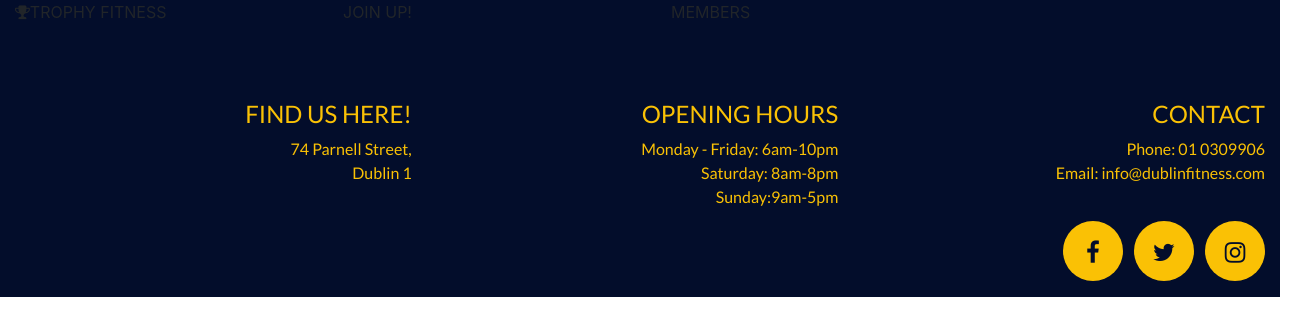
Repository: Code-Institute-Submissions/conbonbom-Milestone-project-1
Page: index.html
The author's editor kept a record of every edit. The page is drawn from the files as they stood at one moment, then again after the next edit.
The browser window is 1280 px wide. The page is 1295 px wide, so the pictures cover 1295 px, including what lies to the right of the window. The pictures show the whole page.

Above is the page before.

### index.html
<!DOCTYPE html>
<html lang="en">

<head>
    <meta charset="UTF-8">
    <meta name="viewport" content="width=device-width, initial-scale=1.0">
    <meta http-equiv="X-UA-Compatible" content="ie=edge">
    <link rel="stylesheet" href="https://stackpath.bootstrapcdn.com/bootstrap/4.3.1/css/bootstrap.min.css" type="text/css" />
    <link rel="stylesheet" href="https://stackpath.bootstrapcdn.com/font-awesome/4.7.0/css/font-awesome.min.css" type="text/css" />
    <link rel="stylesheet" href="Assets/style.css" type="text/css" />
    <title>Document</title>
</head>

<body>
    <header>
        <div class="row">
            <div class="col">
                <ul class="list-inline nav uppercase">
                    <li class="col-6 col-sm-3 list-inline-item nav-item">
                         <i class="fa fa-trophy"></i>Trophy Fitness
                     </a>
                    </li>
                    <li class="col-6 col-sm-3 list-inline-item nav-item">
                        Join up!
                        </a>
                    </li>
                    <li class="col-6 col-sm-3 list-inline-item nav-item">
                        Members
                        </a>
                    </li>
            </div>
        </div>
    </header>
    <section>

    </section>
    <footer class="container-fluid">
        <div class="row">
            <div class="footer-section col-sm-4">
                <h4 class="uppercase">Find us here!</h3>
                    <p>74 Parnell Street,<br/>Dublin 1</p>
            </div>
            <div class="footer-section col-sm-4">
                <h4 class="uppercase general-sub">Opening Hours</h3>
                    <p>Monday - Friday: 6am-10pm <br/> Saturday: 8am-8pm<br/> Sunday:9am-5pm
                    </p>
            </div>
            <div class="footer-section col-sm-4">
                <h4 class="uppercase">Contact</h3>
                    <p>Phone: 01 0309906 <br/> Email: info@dublinfitness.com
                        <ul class="list-inline social">
                            <li class="list-inline-item">
                                <a target="_blank" href="#">
                         <i class="fa fa-facebook"></i>
                     </a>
                            </li>
                            <li class="list-inline-item">
                                <a target="_blank" href="#">
                         <i class="fa fa-twitter"></i>
                     </a>
                            </li>
                            <li class="list-inline-item">
                                <a target="_blank" href="#">
                         <i class="fa fa-instagram"></i>
                     </a>
                            </li>

                        </ul>
                        <p/>
            </div>
        </div>
    </footer>
</body>

</html>

### Assets/style.css
@import url('https://fonts.googleapis.com/css?family=Lato&display=swap:100, 200, 300, 400, 500, 600, 700');
.uppercase {
    text-transform: uppercase;
}

/*-------------header*/

header {
    background-color: #030d2b;
    height: 100px;
    font-size: 100%;

}

.nav-item a {
    font-family: 'Lato', sans-serif;
    font-size: 2em;
    color: #fac105;
    background-color: #030d2b;
}

.logo {
    font-size: 32px;
    color: white;
}

/*-------------footer*/

footer {
    font-family: 'Lato', sans-serif;
    color: #fac105;
    background-color: #030d2b;
}

.footer-section {
    text-align: right;
    font-weight: 300;

}

.social {
    padding-top: 20px;
}

.social li a i {
    width: 60px;
    height: 60px;
    padding: 24px 0;
    font-size: 24px;
    line-height: 14px;
    border-radius: 50%;
    color: #030d2b;
    background: #fac105;
    text-align: center;
    transition: all 0.5s ease-in-out;
    -moz-transition: all 0.5s ease-in-out;
    -webkit-transition: all 0.5s ease-in-out;
    -o-transition: all 0.5s ease-in-out;
}

.social li a i:hover {
    color: #fac105;
    background: #030d2b;
}

After the next edit:
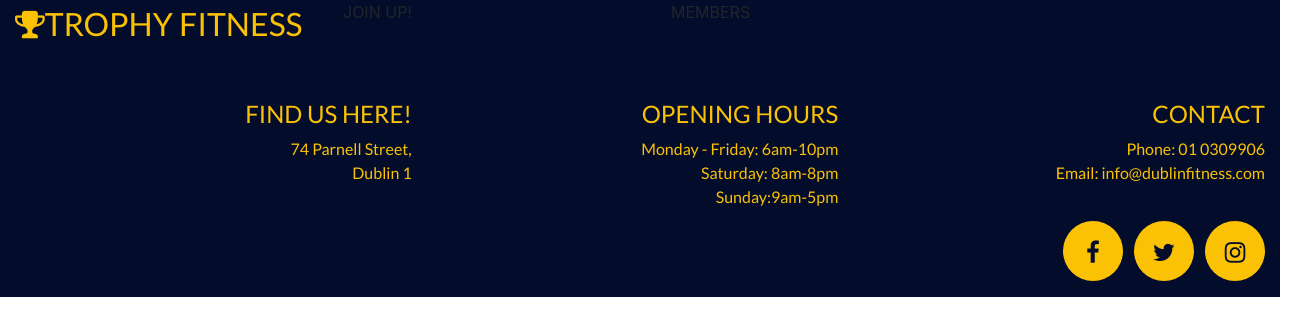
The edit:
--- a/index.html
+++ b/index.html
@@ -17,7 +17,7 @@
             <div class="col">
                 <ul class="list-inline nav uppercase">
                     <li class="col-6 col-sm-3 list-inline-item nav-item">
-                         <i class="fa fa-trophy"></i>Trophy Fitness
+                         <a href="#"><i class="fa fa-trophy"></i>Trophy Fitness
                      </a>
                     </li>
                     <li class="col-6 col-sm-3 list-inline-item nav-item">
